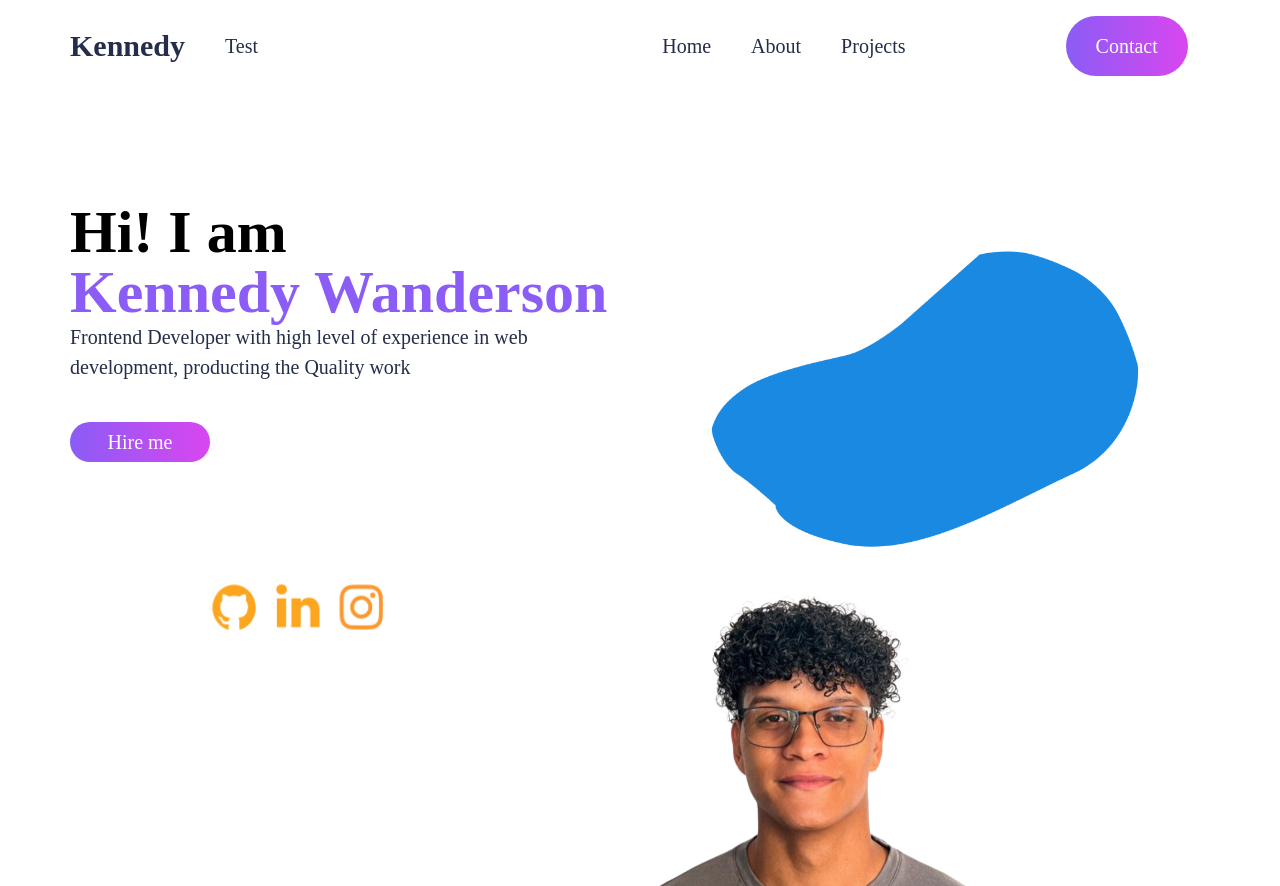
Repository: KennedyWanderson/portfolio
Page: /
These files come from the project's save history. The page is drawn as it stood at one moment and after the next save; the edit follows.
The browser window is 1280 px wide. The pictures show the whole page.
Some web fonts or font styles are not loaded; a fallback is used. The project was rebuilt for these pictures with package versions that can differ from the ones it lists, and the page was loaded fresh each time.

Above is the page before, as saved 2024-01-17 11:37:05.

After the next save:
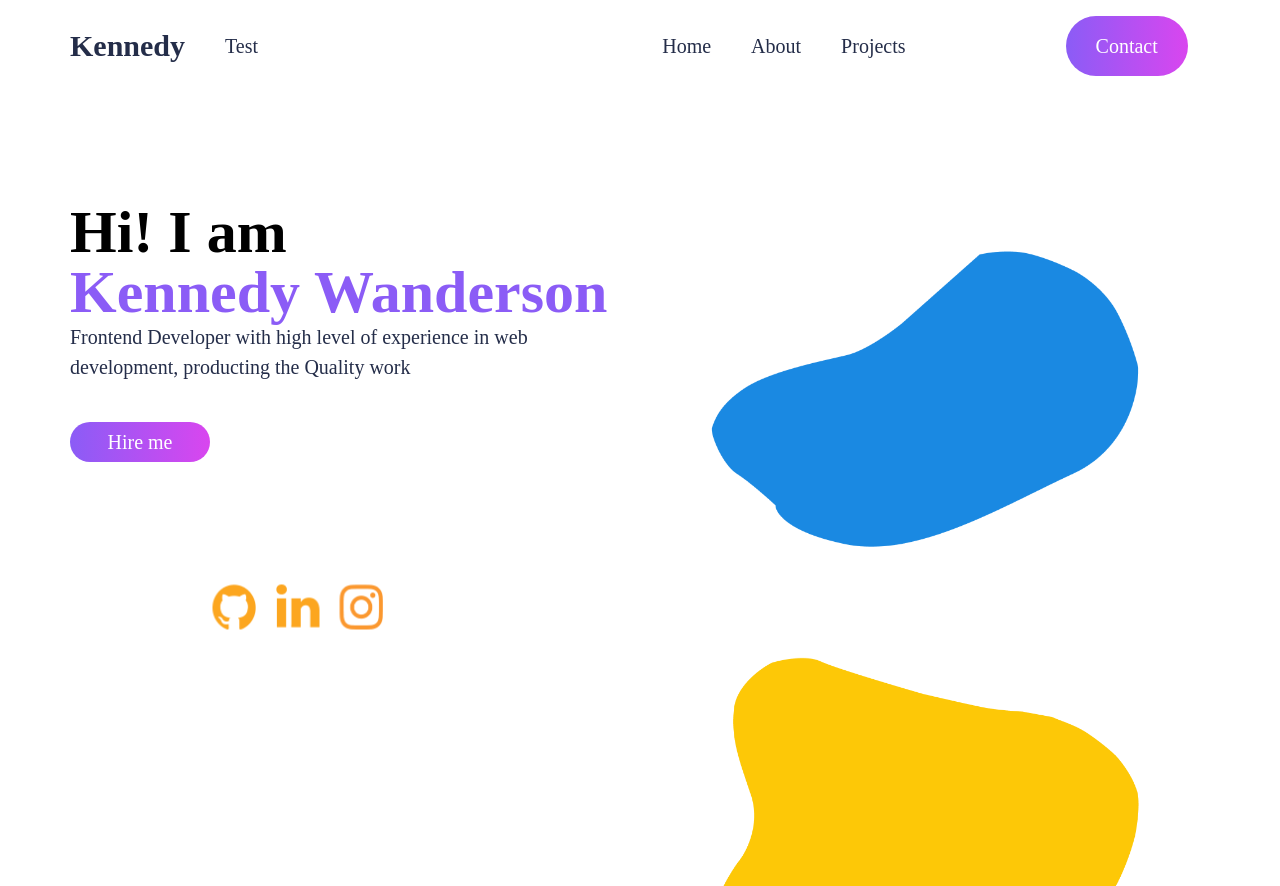
Saved 15 s later.
--- a/src/Components/About/About.jsx
+++ b/src/Components/About/About.jsx
@@ -35,6 +35,7 @@ const About = () => {
             <div className="flex-1 relative">
                 <div className="z-[1] absolute ">
                     <img className="scale-75 left-neg-15 top-neg-9" src={Vector1} alt="" />
+                    <img className="scale-75 top-neg-4.6rem left-neg-3" src={Vector2} alt="" />
                     <img className="scale-145 left-28" src={Profile} alt="" />
                 </div>
             </div>
